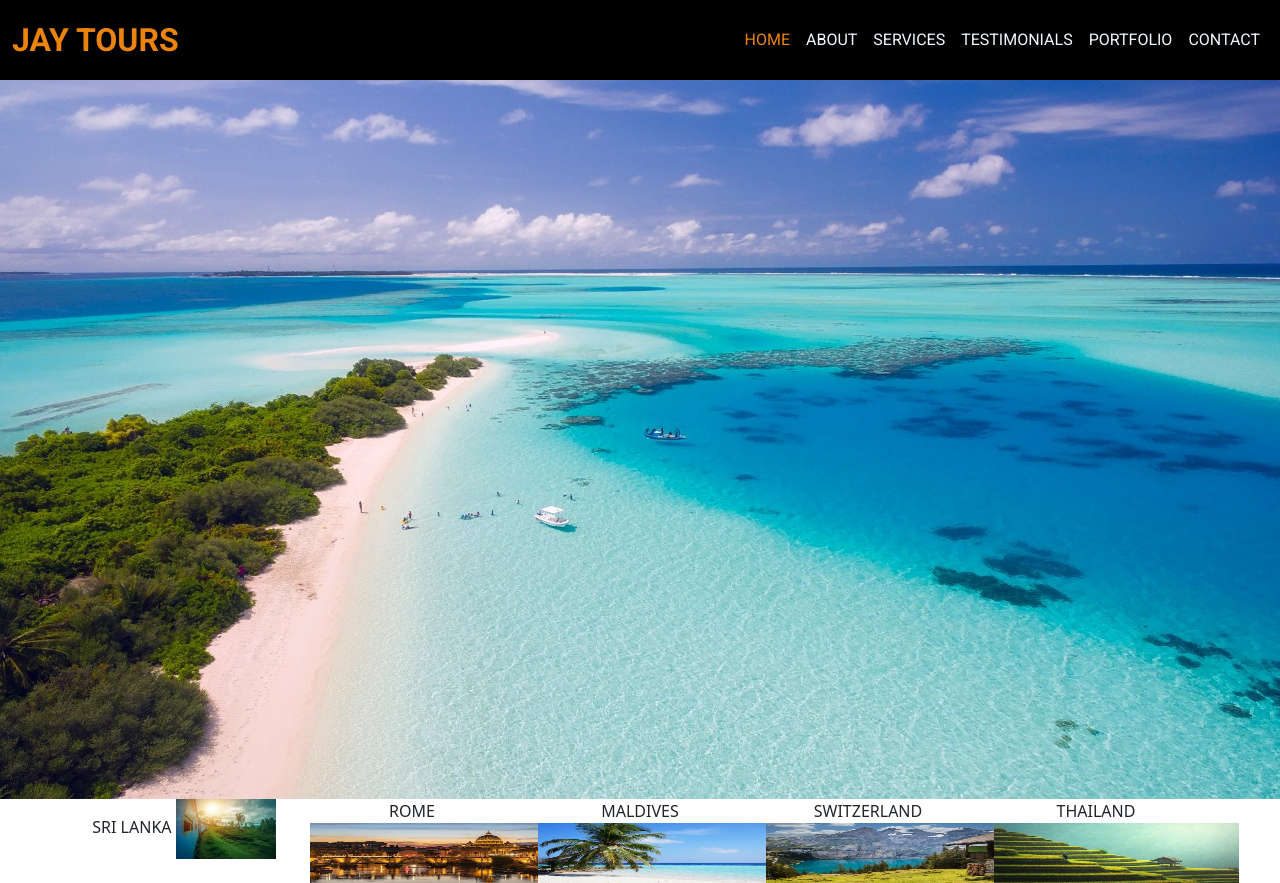
Repository: kasundiudn/Jay-Travel
Page: index.html
An editor plug-in stored every save of this project. The page is shown before and after the next save, followed by the edit.
The browser window is 1280 px wide. The pictures show the whole page.

Above is the page before, as saved 2025-06-26 10:24:06.

### index.html
<!doctype html>
<html lang="en">
  <head>
    <meta charset="utf-8">
    <meta name="viewport" content="width=device-width, initial-scale=1">
    <title>Bootstrap demo</title>
    <link rel="preconnect" href="https://fonts.googleapis.com">
    <link rel="preconnect" href="https://fonts.gstatic.com" crossorigin>
    <link href="https://fonts.googleapis.com/css2?family=Roboto:ital,wght@0,100..900;1,100..900&display=swap" rel="stylesheet">
    <link href="https://cdn.jsdelivr.net/npm/bootstrap@5.3.7/dist/css/bootstrap.min.css" rel="stylesheet" integrity="sha384-LN+7fdVzj6u52u30Kp6M/trliBMCMKTyK833zpbD+pXdCLuTusPj697FH4R/5mcr" crossorigin="anonymous">
  <style>
    header{  font-family: "Roboto", sans-serif;
           }
    .nav-link{
        color: aliceblue;
    }

  </style>
  </head>
  <body>
<header>
    <nav class="navbar navbar-expand-lg " style="background-color: black; height: 80px;">
  <div class="container-fluid">
    <a class="navbar-brand" href="#" style="color: #eb830c; font-weight: bold;  font-size:xx-large;">JAY TOURS</a>
    <button class="navbar-toggler" type="button" data-bs-toggle="collapse" data-bs-target="#navbarSupportedContent" aria-controls="navbarSupportedContent" aria-expanded="false" aria-label="Toggle navigation">
      <span class="navbar-toggler-icon"></span>
    </button>
    <div class="collapse navbar-collapse justify-content-end" id="navbarSupportedContent">
      <ul class="navbar-nav mb-2 mb-lg-0">
        <li class="nav-item">
          <a class="nav-link active" aria-current="page" href="#" style="color: #eb830c;">HOME</a>
        </li>
        <li class="nav-item">
          <a class="nav-link" href="#">ABOUT</a>
        </li>
         <li class="nav-item">
          <a class="nav-link" href="#">SERVICES</a>
        </li>
         <li class="nav-item">
          <a class="nav-link" href="#">TESTIMONIALS</a>
        </li>
         <li class="nav-item">
          <a class="nav-link" href="#">PORTFOLIO</a>
        </li>
         <li class="nav-item">
          <a class="nav-link" href="#">CONTACT</a>
        </li>
    </div>
  </div>
</nav>
</header>
<img src="main.jpg" alt="Beach image" style="width: 100%; height: auto;">

<div class="container text-center">
  <div class="row">
    <div class="col">
      SRI LANKA
      <img src="Sri Lanka.jpg" alt="SRI LANKA" style="width: 100px; height: 60px;">
    </div>
    <div class="col">
      ROME
      <img src="Rome.jpg" alt="ROME" style="width: 120%; height: 60px;">
    </diV>
    <div class="col">
      MALDIVES
      <img src="Maldives.jpg" alt="MALDIVES" style="width: 120%; height: 60px;">
    </div>
    <div class="col">
      SWITZERLAND
        <img src="Switzerland.jpg" alt="SWITZERLAND" style="width: 120%; height: 60px;">
    </div>
    <div class="col">
      THAILAND
        <img src="Thailand.jpg" alt="THAILAND" style="width: 120%; height: 60px;">
    </div>
  </div>
</div>

    <script src="https://cdn.jsdelivr.net/npm/@popperjs/core@2.11.8/dist/umd/popper.min.js" integrity="sha384-I7E8VVD/ismYTF4hNIPjVp/Zjvgyol6VFvRkX/vR+Vc4jQkC+hVqc2pM8ODewa9r" crossorigin="anonymous"></script>
<script src="https://cdn.jsdelivr.net/npm/bootstrap@5.3.7/dist/js/bootstrap.min.js" integrity="sha384-7qAoOXltbVP82dhxHAUje59V5r2YsVfBafyUDxEdApLPmcdhBPg1DKg1ERo0BZlK" crossorigin="anonymous"></script>
  </body>
</html>

After the next save:
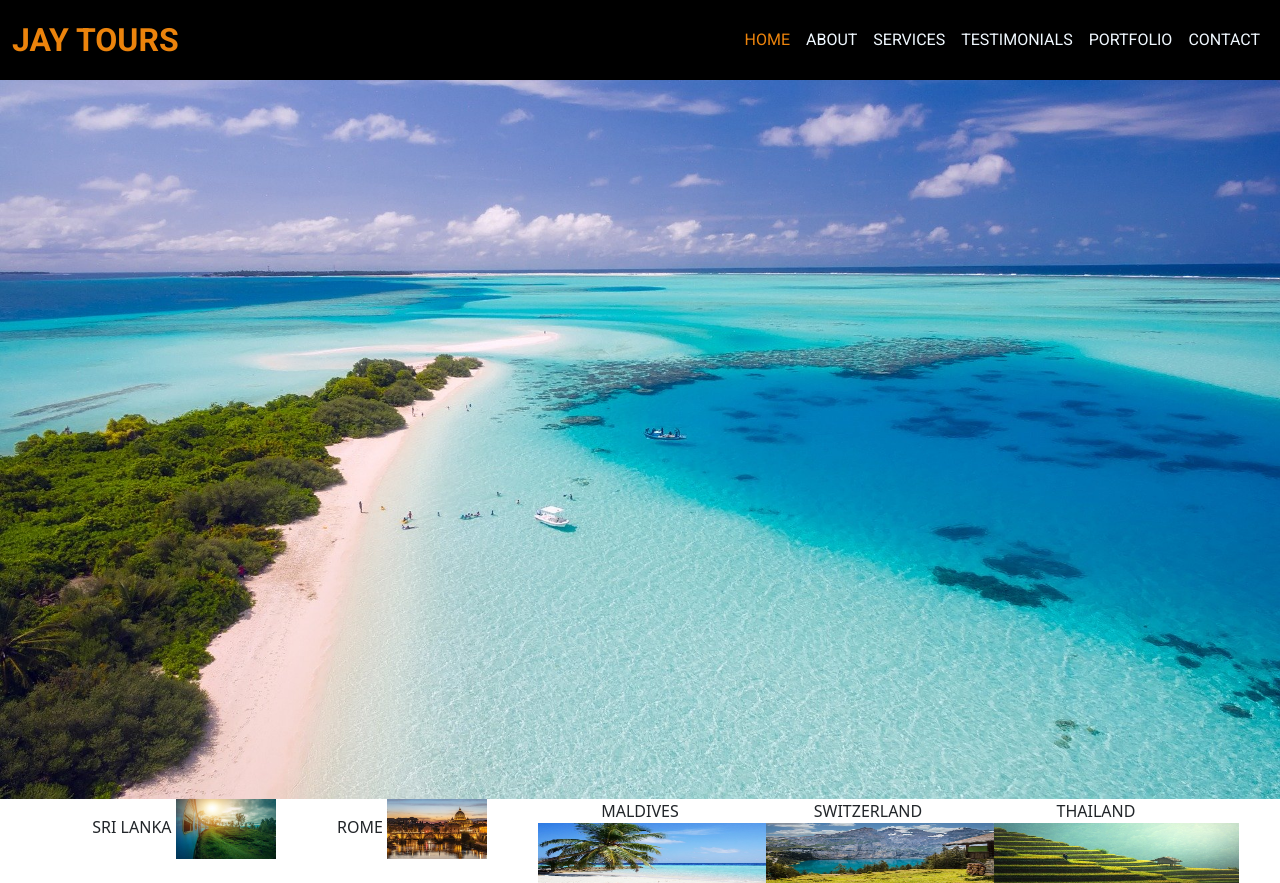
Saved 6 s later.
--- a/index.html
+++ b/index.html
@@ -59,7 +59,7 @@
     </div>
     <div class="col">
       ROME
-      <img src="Rome.jpg" alt="ROME" style="width: 120%; height: 60px;">
+      <img src="Rome.jpg" alt="ROME" style="width: 100px; height: 60px;">
     </diV>
     <div class="col">
       MALDIVES
